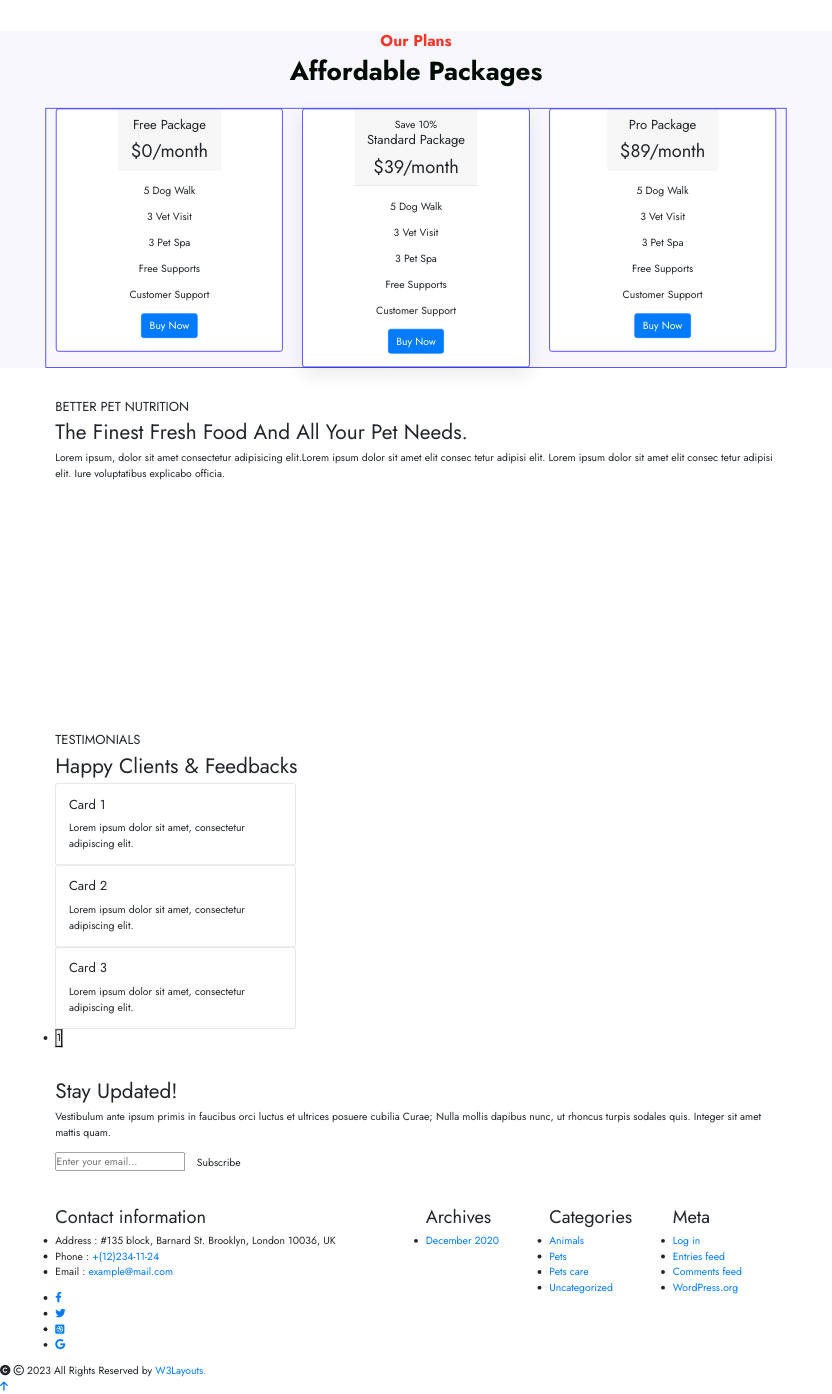
Repository: thanhfrankie/poochcare
Page: index.html
These files come from the project's save history. The page is drawn as it stood at one moment and after a run of saves; the edit follows.
The browser window is 1280 px wide. The pictures show the whole page, at 65% of full size.
Pictures or frames that could not be fetched are drawn as grey boxes.

Above is the page before, as saved 2023-12-20 21:39:30.

After the next 3 saves:
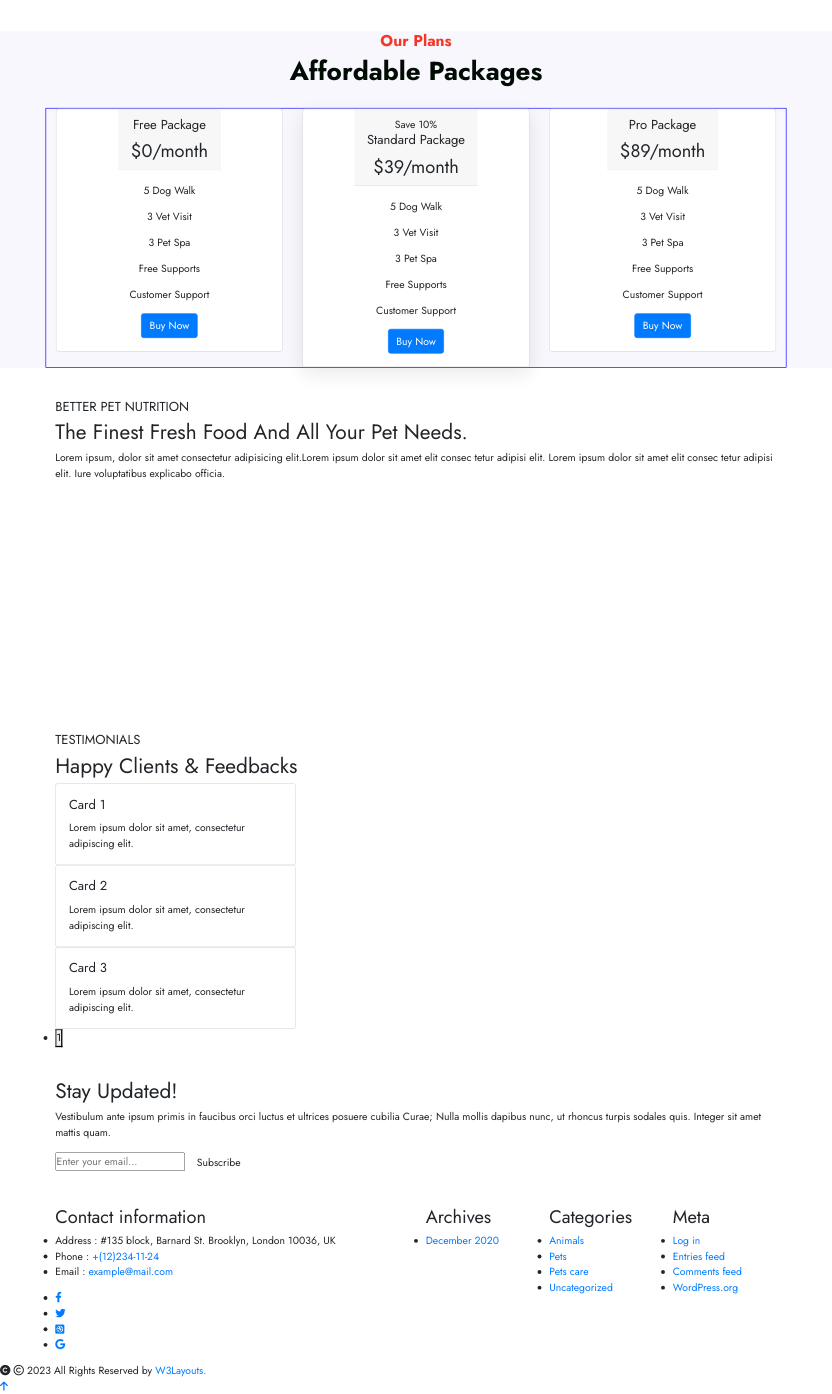
The 3 saves are shown as one change because they came seconds apart.
The last was saved 38 s later.
--- a/css/pricing.css
+++ b/css/pricing.css
@@ -34,8 +34,8 @@
     align-items: center;
     flex-direction: column;
     text-align: center;
-    border: 1px solid blue;
     background-color: #FFFFFF;
+    border-radius: 5px;
 
  }
  .pricing .container .row .card2 {
